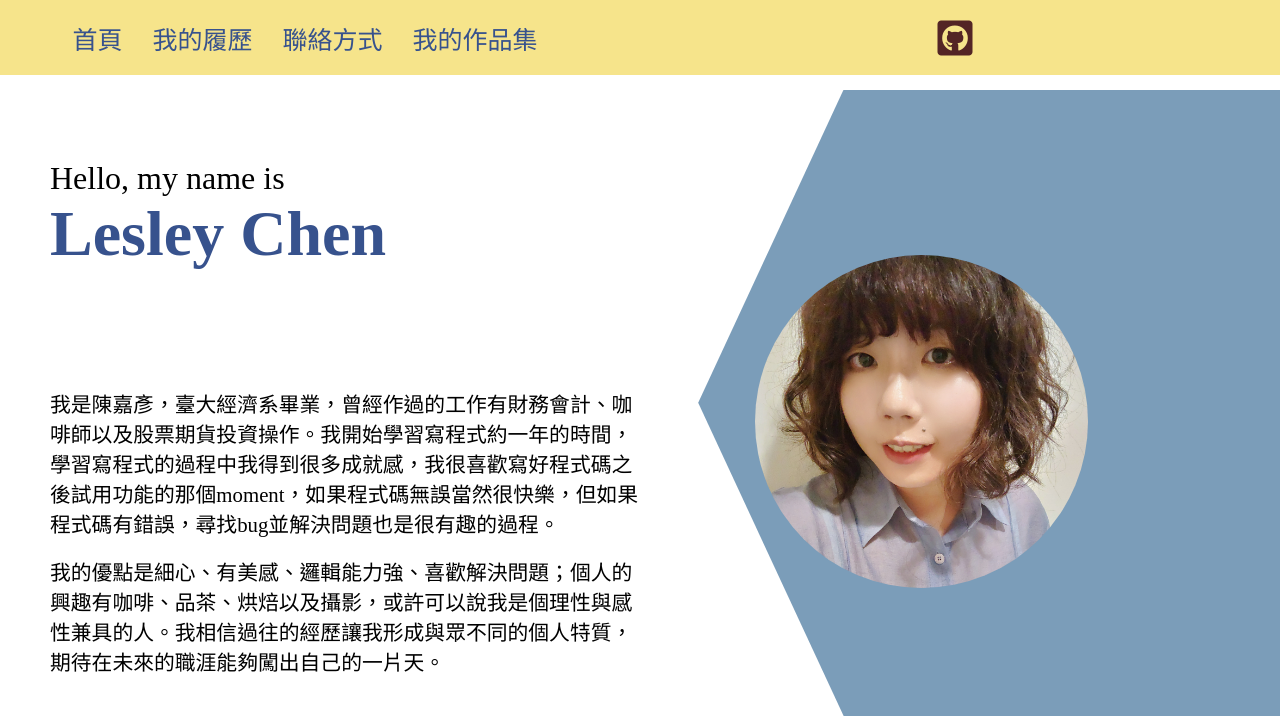
Repository: lcjyc/portfolio-website
Page: /
An editor plug-in stored every save of this project. The page is shown before and after the next save, followed by the edit.
The browser window is 1280 px wide. The pictures show the whole page.
The project was rebuilt for these pictures with package versions that can differ from the ones it lists, and the page was loaded fresh each time. Also part of the build but not shown: src/pages/resume/resume.css, src/pages/resume/Resume.jsx, src/pages/contact/contact.css, src/pages/contact/Contact.jsx, src/pages/portfolio/Portfolio.jsx.

Above is the page before, as saved 2022-08-21 15:54:33.

After the next save:
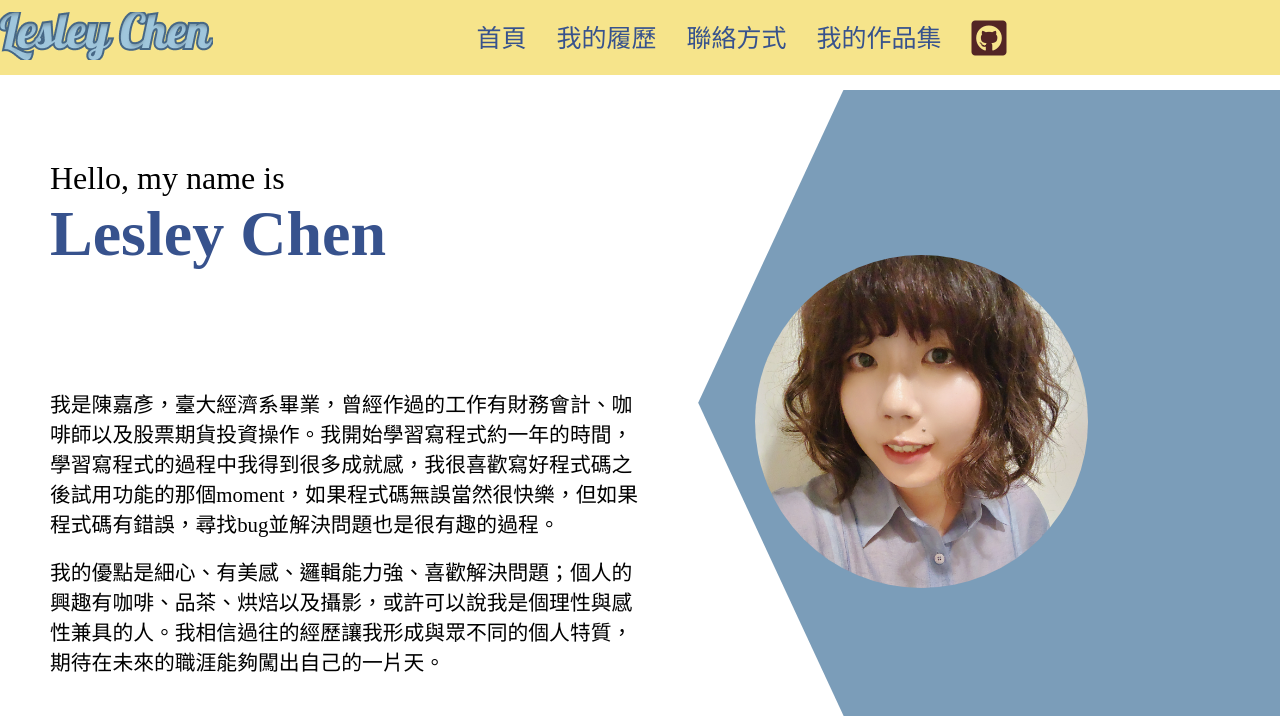
Saved 18 s later.
--- a/src/components/topbar/TopBar.jsx
+++ b/src/components/topbar/TopBar.jsx
@@ -1,10 +1,15 @@
 import { Link } from "react-router-dom";
+import lesley from "../../images/lesley.png";
 import "./topbar.css";
 
 export default function TopBar() {
   return (
     <div className="top">
-      <div className="topLeft">
+      <div className="Topleft">
+        <img src={lesley} alt="" />
+      </div>
+
+      <div className="topRight">
         <ul className="topList">
           <li className="topListItem">
             <Link className="link" to="/">
@@ -26,12 +31,12 @@ export default function TopBar() {
               我的作品集
             </Link>
           </li>
+          <li>
+            <a href="https://github.com/lcjyc/">
+              <i className="topIcon fab fa-github-square"></i>
+            </a>
+          </li>
         </ul>
-      </div>
-      <div className="topRight">
-        <a href="https://github.com/lcjyc/">
-          <i className="topIcon fab fa-github-square"></i>
-        </a>
       </div>
     </div>
   );
